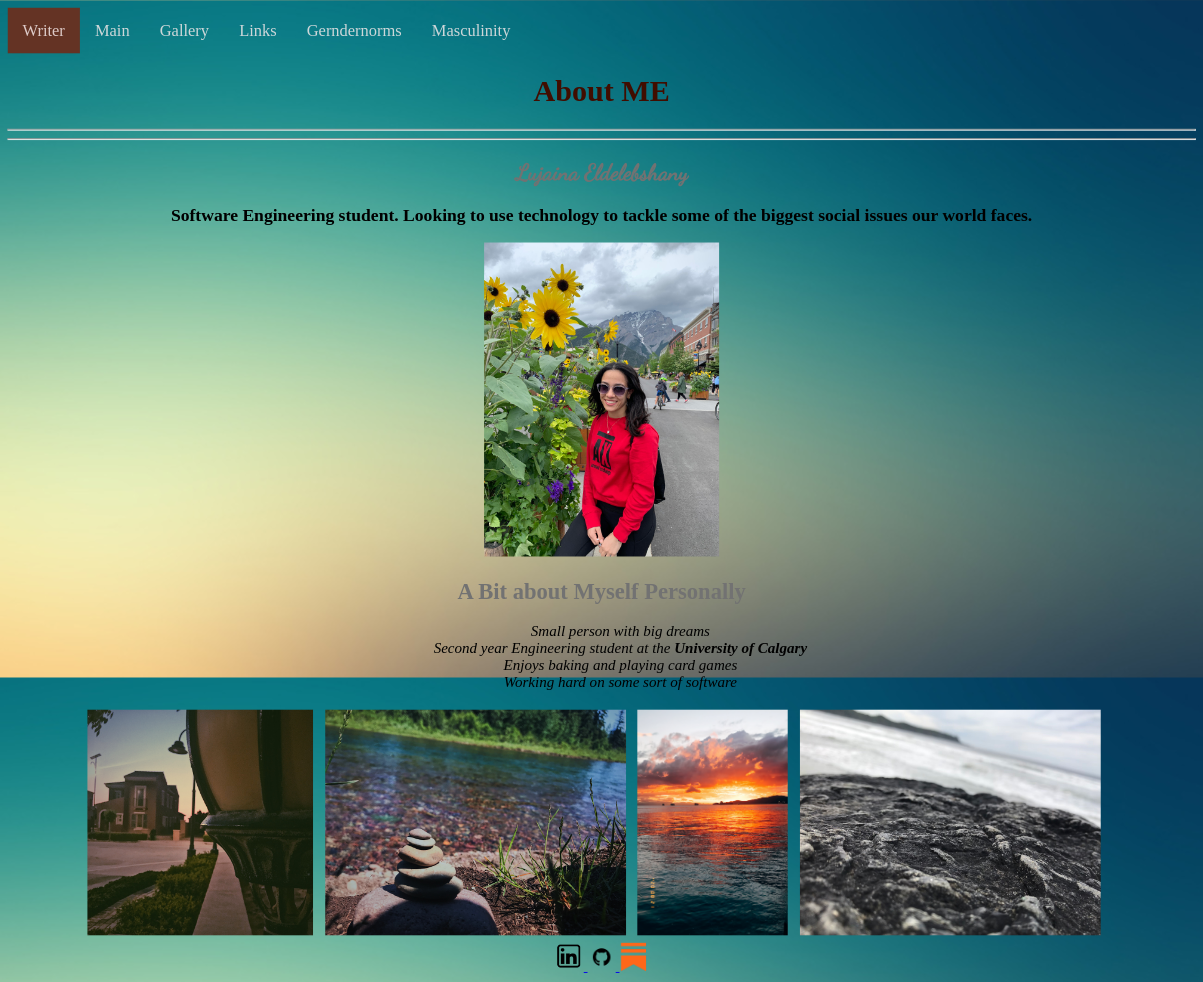
Repository: Lujaina-E/womens-rights-site
Page: founder.html
The author's editor kept a copy of each file at every save. The page is drawn from the files as they stood at one save, then again after the next save.
The browser window is 1280 px wide. The pictures show the whole page, at 94% of full size.
Backgrounds fixed to the window are drawn as part of the page. Some web fonts or font styles are not loaded; a fallback is used.

Above is the page before, as saved 2022-07-25 22:28:46.

### founder.html
<!DOCTYPE html>
<html lang="en">
    <head>
        <style>
            @import url('https://fonts.googleapis.com/css2?family=Akaya+Kanadaka&family=Dancing+Script&display=swap');
        </style>
        <link rel="stylesheet" type="text/css" href="founderStyle.css"/>
        <title>Founder</title


        <link rel="apple-touch-icon-precomposed" sizes="57x57" href="favicon/favicomatic/apple-touch-icon-57x57.png" />
    <link rel="apple-touch-icon-precomposed" sizes="114x114" href="favicon/favicomatic/apple-touch-icon-114x114.png" />
    <link rel="apple-touch-icon-precomposed" sizes="72x72" href="favicon/favicomatic/apple-touch-icon-72x72.png" />
    <link rel="apple-touch-icon-precomposed" sizes="144x144" href="favicon/favicomatic/apple-touch-icon-144x144.png" />
    <link rel="apple-touch-icon-precomposed" sizes="60x60" href="favicon/favicomatic/apple-touch-icon-60x60.png" />
    <link rel="apple-touch-icon-precomposed" sizes="120x120" href="favicon/favicomatic/apple-touch-icon-120x120.png" />
    <link rel="apple-touch-icon-precomposed" sizes="76x76" href="favicon/favicomatic/apple-touch-icon-76x76.png" />
    <link rel="apple-touch-icon-precomposed" sizes="152x152" href="favicon/favicomatic/apple-touch-icon-152x152.png" />
    <link rel="icon" type="image/png" href="favicon/favicomatic/favicon-196x196.png" sizes="196x196" />
    <link rel="icon" type="image/png" href="favicon/favicomatic/favicon-96x96.png" sizes="96x96" />
    <link rel="icon" type="image/png" href="favicon/favicomatic/favicon-32x32.png" sizes="32x32" />
    <link rel="icon" type="image/png" href="favicon/favicomatic/favicon-16x16.png" sizes="16x16" />
    <link rel="icon" type="image/png" href="favicon/favicomatic/favicon-128.png" sizes="128x128" />
    <meta name="application-name" content="Founder"/>
    <meta name="msapplication-TileColor" content="#FFFFFF" />
    <meta name="msapplication-TileImage" content="favicon/favicomatic/mstile-144x144.png" />
    <meta name="msapplication-square70x70logo" content="favicon/favicomatic/mstile-70x70.png" />
    <meta name="msapplication-square150x150logo" content="favicon/favicomatic/mstile-150x150.png" />
    <meta name="msapplication-wide310x150logo" content="favicon/favicomatic/mstile-310x150.png" />
    <meta name="msapplication-square310x310logo" content="favicon/favicomatic/mstile-310x310.png" />
    <link rel="stylesheet" href="https://cdnjs.cloudflare.com/ajax/libs/font-awesome/4.7.0/css/font-awesome.min.css">

    <div class="topnav" id="myTopnav">
        <a href="founder.html" class="active">Writer</a>
        <a href="index.html">Main</a>
        <a href="gallery.html">Gallery</a>
        <a href="links.html">Links</a>
        <a href="gendernorms.html">Gerndernorms</a>
        <a href="masculinity.html">Masculinity</a>
        <a href="javascript:void(0);" class="icon" onclick="myFunction()">
            <i class="fa fa-bars"></i>
        </a>
    </div>

<h1>About ME</h1>
<hr><hr>

<h2 id="MyName"> Lujaina Eldelebshany</h2>
<h3>Software Engineering student. Looking to use technology to tackle some of the biggest social issues our world faces.</h3>
<img id="myPic" src="Pictures/me.jpg" alt="Please stand by as you experience a loading error">
<section>
<h2>A Bit about Myself Personally</h2>
<p><i>
    <ul id="descriptors">
        <li>Small person with big dreams </li>
        <li>Second year Engineering student at the <b>University of Calgary</b></li>
        <li>Enjoys baking and playing card games </li>
        <li>Working hard on some sort of software</li>

    </ul>
</i></p>
</section>

    <img class="photography photo1" src="Pictures/sp1.jpg" alt="A picture of my work. You are experiencing a loading error, please stand by and check connection">
    <img class="photography" src="Pictures/sp2.jpg" alt="Please stand by and check connection">
    <img class="photography" src="Pictures/sp3.jpg" alt="Please stand by and check connection">
    <img class="photography" src="Pictures/sp4.jpg" alt="Please stand by and check connection">


<p style="clear: both; font-size: 16px;"></p>

<section>

<a href="https://www.linkedin.com/in/lujaina-eldelebshany-0029bb1b3/"> <img alt="Pictures/error-code.jpg" src="Pictures/linkedin_logo.png"
         width=30" height="30">
      </a>
<a href="https://github.com/Lujaina-E"> <img alt="Pictures/error-code.jpg" src="Pictures/github.png"
         width=30" height="30">

<a href="https://substack.com/profile/24893981-lujaina-eldelebshany"> <img alt="Pictures/error-code.jpg" src="Pictures/substack_logo.png"
         width=30" height="30">

      </a>

</section>

<!-- Add a section here for an email subscription to my substack -->

    </body>

</html>

### founderStyle.css
            body{
                text-align: center;
                font-family: Times New Roman;
                background-image: url('Pictures/backdrop.jpg');
                background-repeat: no-repeat;
                background-position: center center;
                background-size: cover;
                background-attachment: fixed;
            }

            body > h1 {
                color: #410d00;
            }

            #MyName{
                font-family: 'Dancing Script', cursive;
                color:#727272;
            }

            #myPic{
                width: 250px;
            }

            section > h2{
                color: #727272;
            }

            section > p{
                font-size: 20px;
                color: darkslategray;
            }

            .photography.photo1{
                padding-left: 85px;
                 float: left;
                 height: 15em;
                 margin-right: 1%;
                 margin-bottom: 0.5em;
            }

            .photography{
                float: left;
                height: 15em;
                margin-right: 1%;
                margin-bottom: 0.5em;
            }

            #descriptors{
                list-style-type: none;
            }

            /* navbar styling  */
            .topnav {
                overflow: hidden;
              }

              .topnav a {
                float: left;
                display: block;
                color: rgba(247, 235, 235, 0.829);
                text-align: center;
                padding: 14px 16px;
                text-decoration: none;
                font-size: 17.5px;
              }

              .topnav a:hover {
                color: rgb(88, 26, 26);
              }

              .topnav a.active {
                background-color: #643324;
                color: rgba(247, 235, 235, 0.829);
              }

              .topnav .icon {
                display: none;
              }

                @media screen and (max-width: 600px) {
                    .topnav a:not(:first-child) {display: none;}
                    .topnav a.icon {
                    float: right;
                    display: block;
                    }
                }

                @media screen and (max-width: 600px) {
                    .topnav.responsive {position: relative;}
                    .topnav.responsive a.icon {
                    position: absolute;
                    right: 0;
                    top: 0;
                    }
                    .topnav.responsive a {
                    float: none;
                    display: block;
                    text-align: left;
                    }
                }

After the next save:
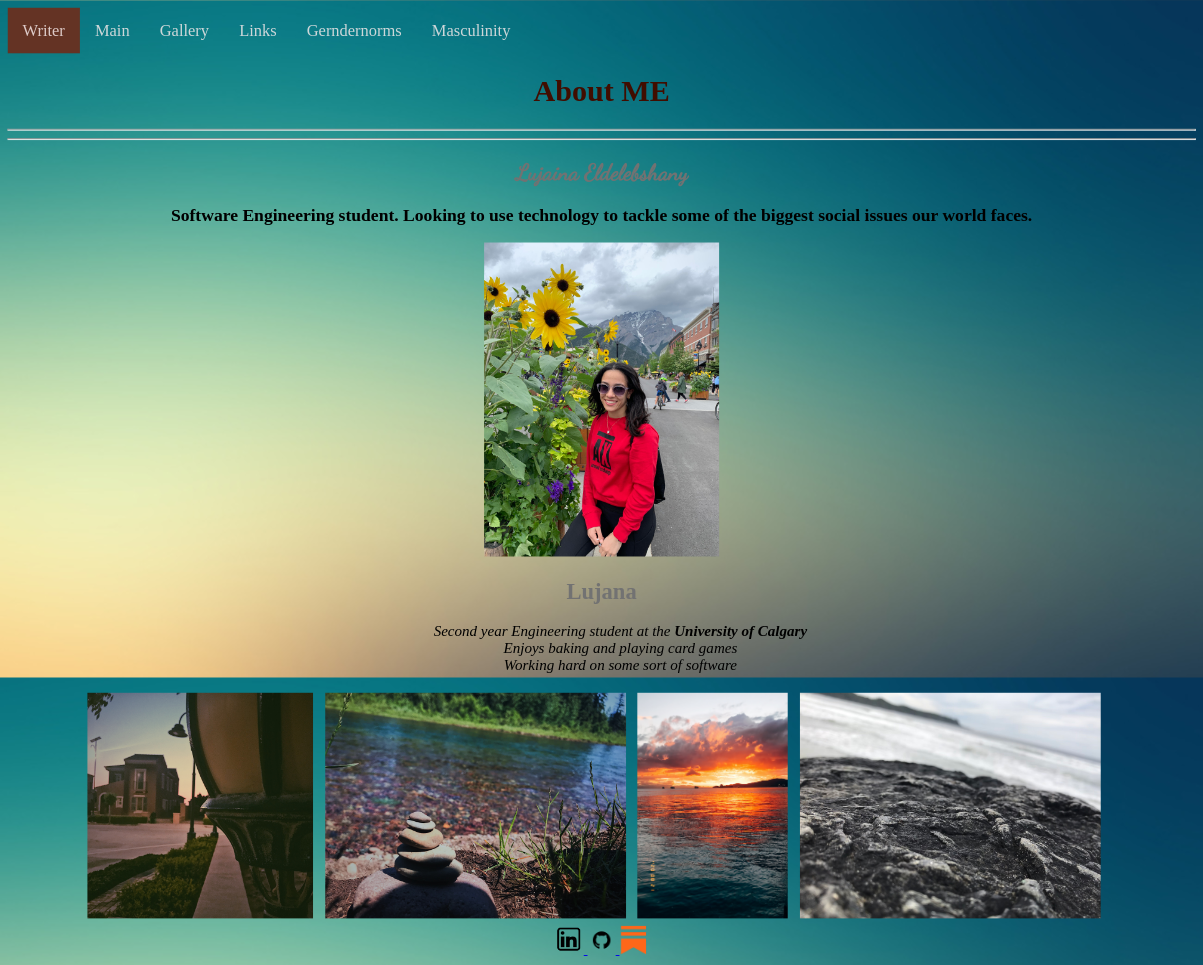
Saved 50 s later.
--- a/founder.html
+++ b/founder.html
@@ -49,10 +49,9 @@
 <h3>Software Engineering student. Looking to use technology to tackle some of the biggest social issues our world faces.</h3>
 <img id="myPic" src="Pictures/me.jpg" alt="Please stand by as you experience a loading error">
 <section>
-<h2>A Bit about Myself Personally</h2>
+<h2>Lujana</h2>
 <p><i>
     <ul id="descriptors">
-        <li>Small person with big dreams </li>
         <li>Second year Engineering student at the <b>University of Calgary</b></li>
         <li>Enjoys baking and playing card games </li>
         <li>Working hard on some sort of software</li>
